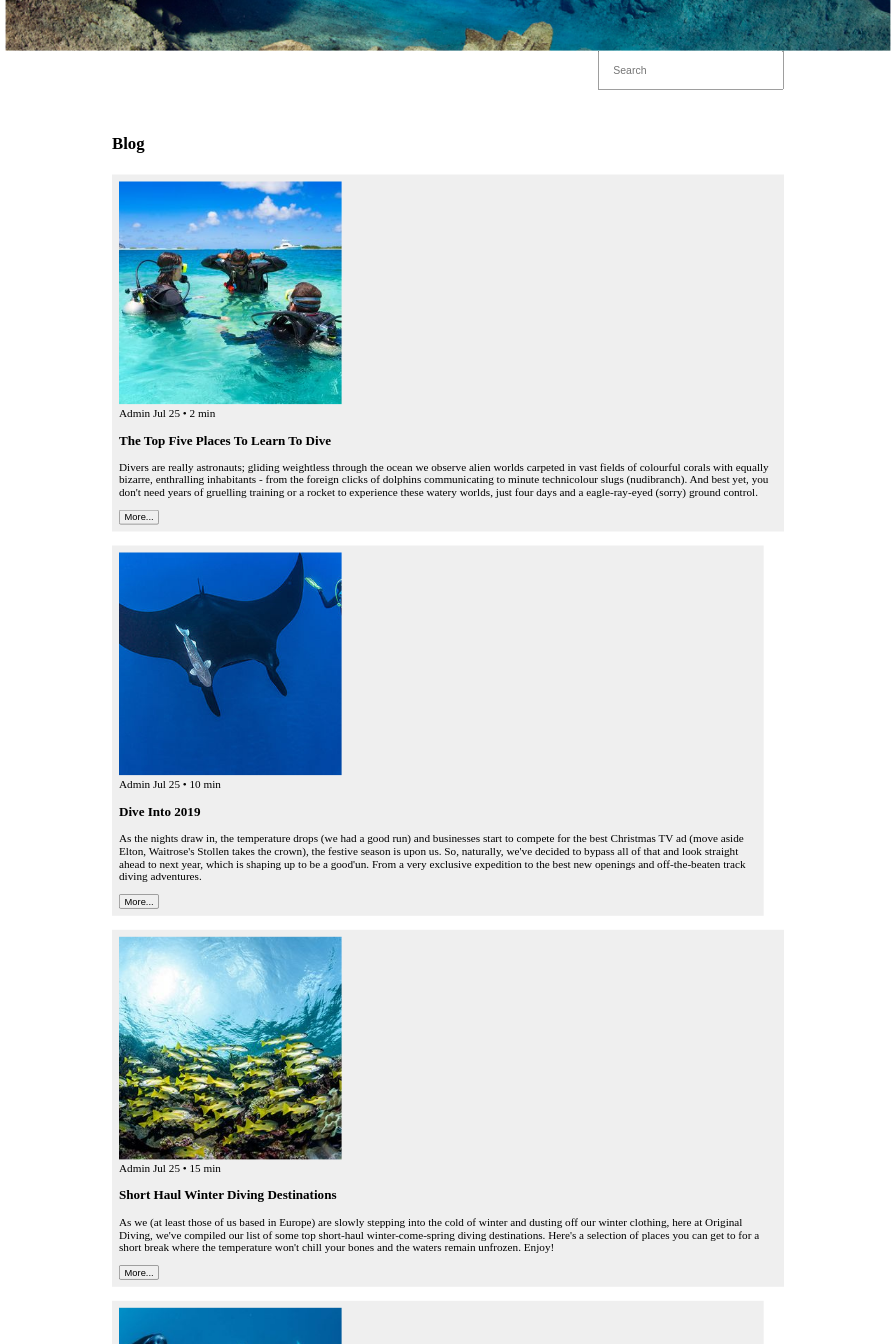
Repository: M1shkaBear/FLX
Page: FLX_homework_3/homework/index.html
These files come from the project's save history. The page is drawn as it stood at one moment and after the next save; the edit follows.
The browser window is 1280 px wide. The pictures show the part of the page from y = 655 to 2575 px (the page is 4707 px tall before and 4815 px after), at 70% of full size.
The style sheet was rebuilt from its Sass, Less or Tailwind sources for each picture, by a compiler version that may differ from the author's.

Above is the page before, as saved 2019-01-26 16:38:49.

After the next save:
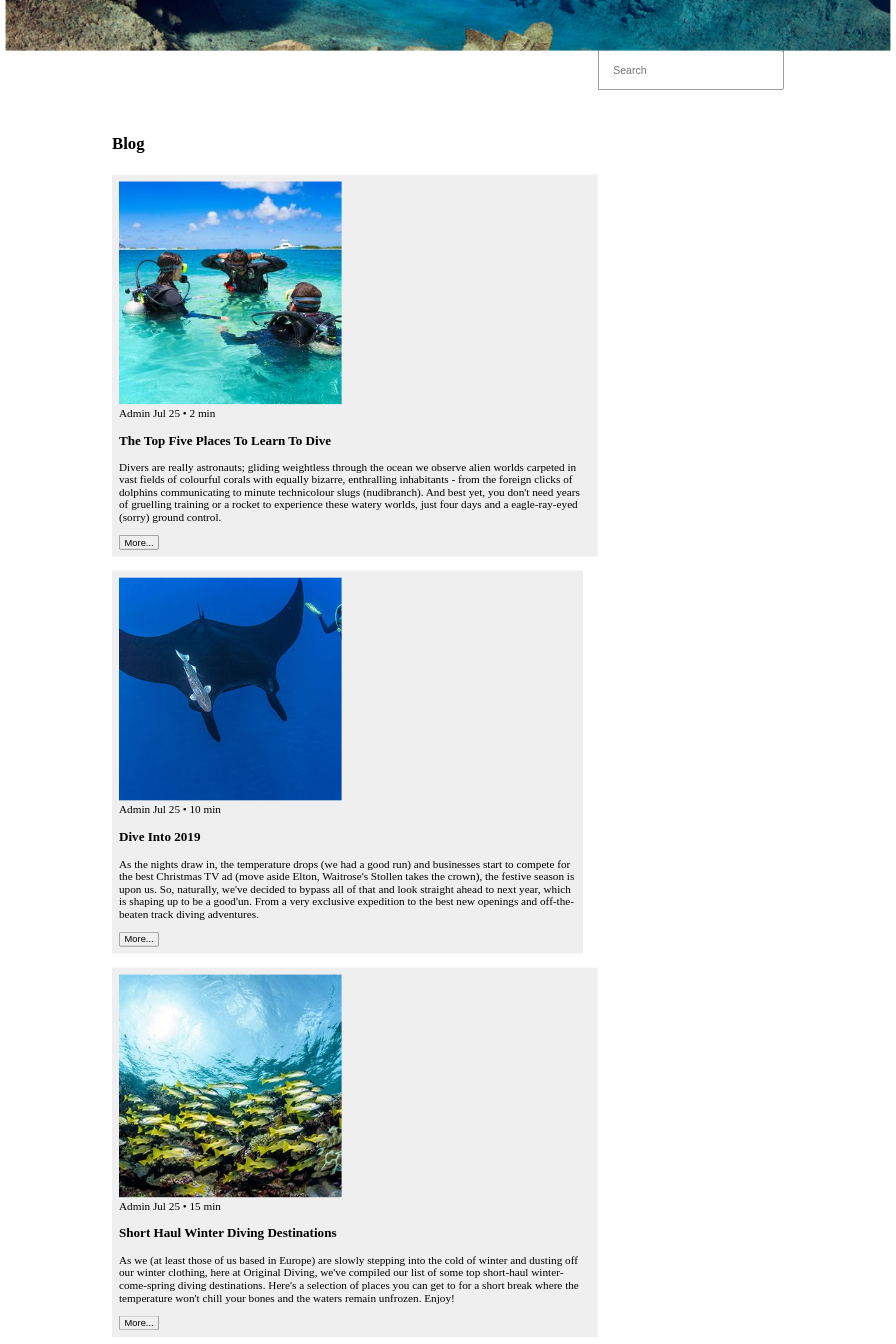
Saved 11 s later.
--- a/FLX_homework_3/homework/scss/_main.scss
+++ b/FLX_homework_3/homework/scss/_main.scss
@@ -69,6 +69,7 @@
     height: 50px;
     width: 25%;
     font-size: 15px;
+    margin-bottom: 50px;
   }
 }
 .post-list {

After the save that followed:
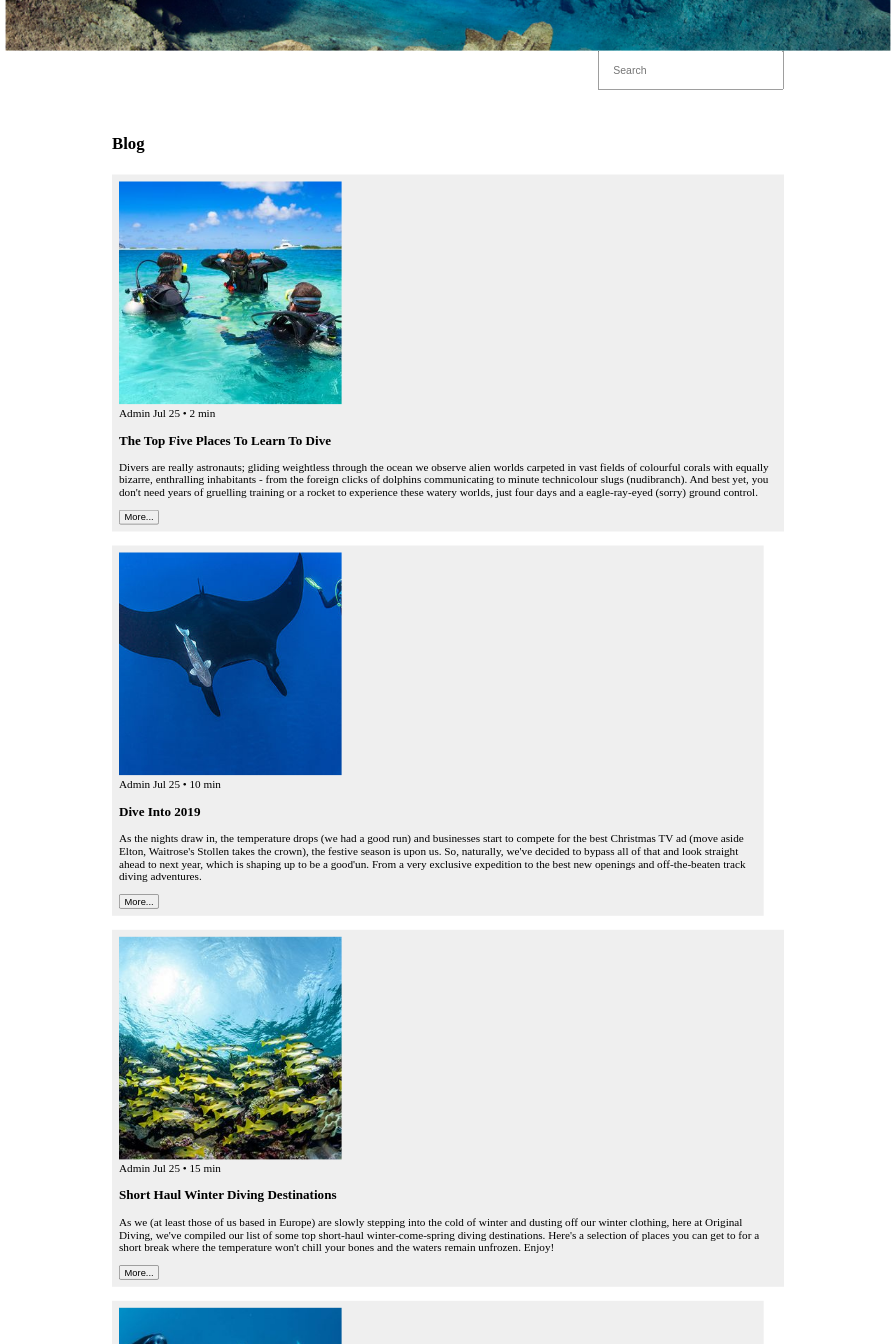
Saved 6 s later.
--- a/FLX_homework_3/homework/scss/_main.scss
+++ b/FLX_homework_3/homework/scss/_main.scss
@@ -69,7 +69,6 @@
     height: 50px;
     width: 25%;
     font-size: 15px;
-    margin-bottom: 50px;
   }
 }
 .post-list {
